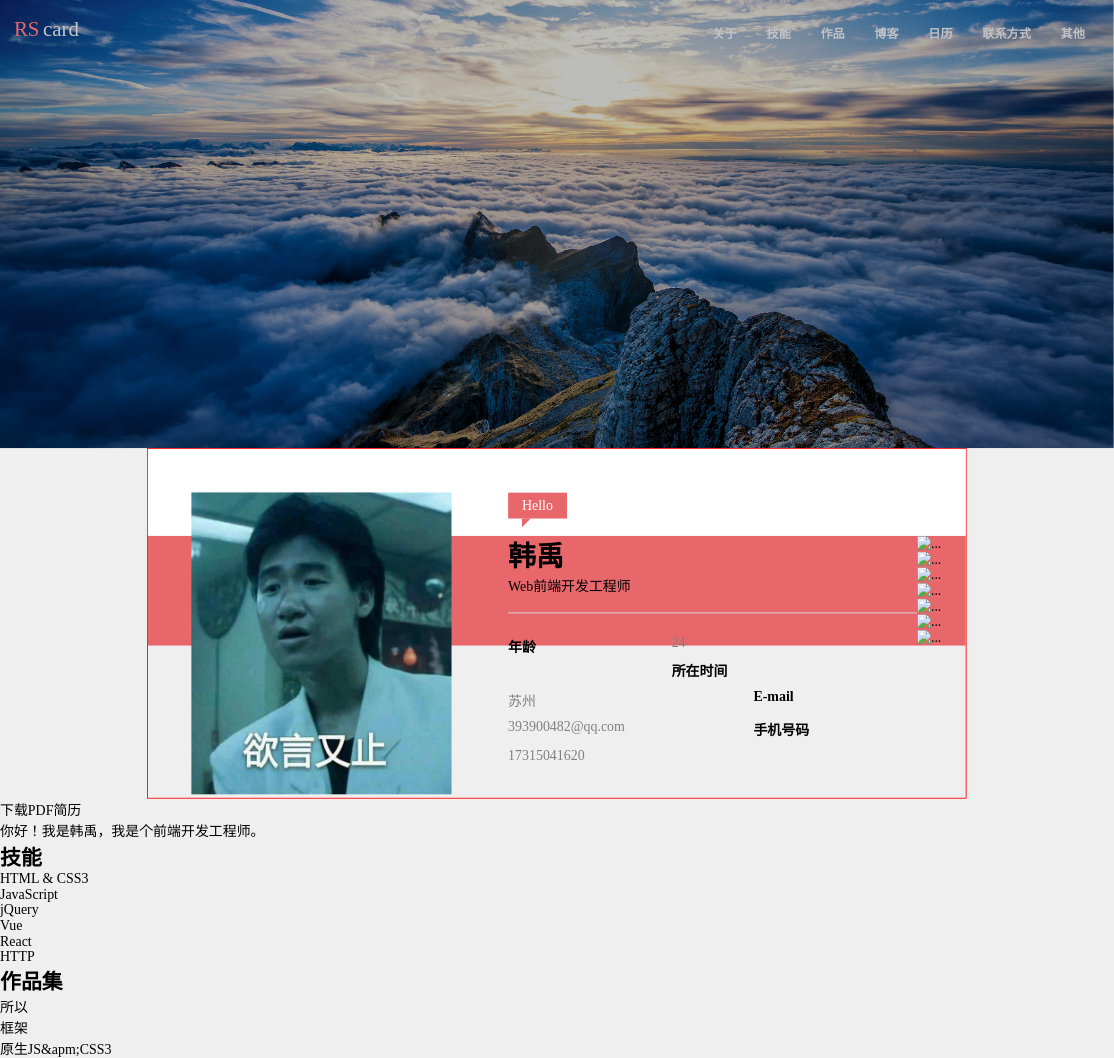
Repository: yorkHan/resume
Page: index.html
These files come from the project's save history. The page is drawn as it stood at one moment and after the next save; the edit follows.
The browser window is 1280 px wide. The pictures show the whole page, at 87% of full size.

Above is the page before, as saved 2018-04-09 23:37:44.

After the next save:
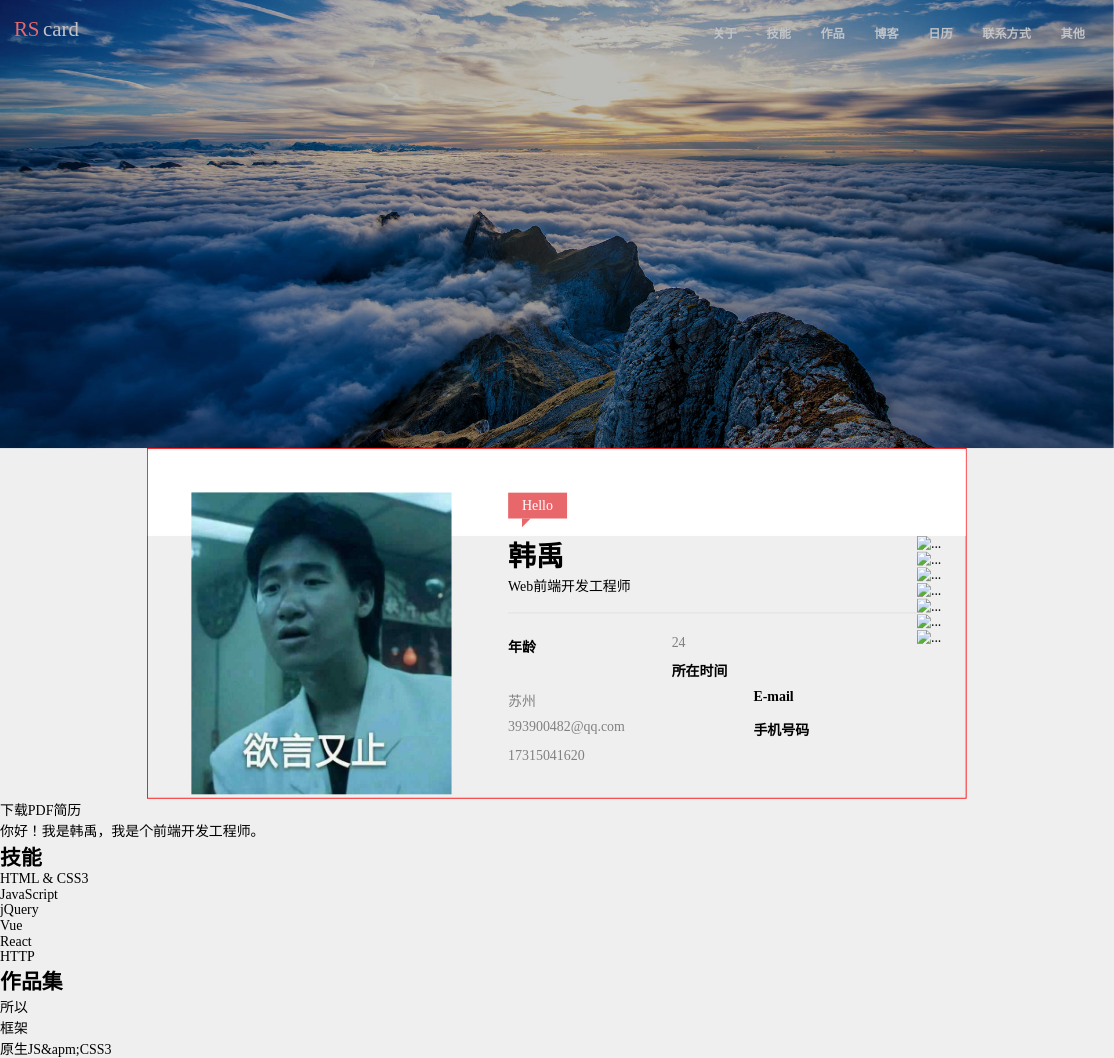
Saved 49 s later.
--- a/1.css
+++ b/1.css
@@ -113,7 +113,7 @@ hr{
     margin: 20px 0px;
 }
 .usercard footer.media {
-    background: #E8676B;
+    float: none;
 }
 .textAndPicture{
     background-color: #FFF;
